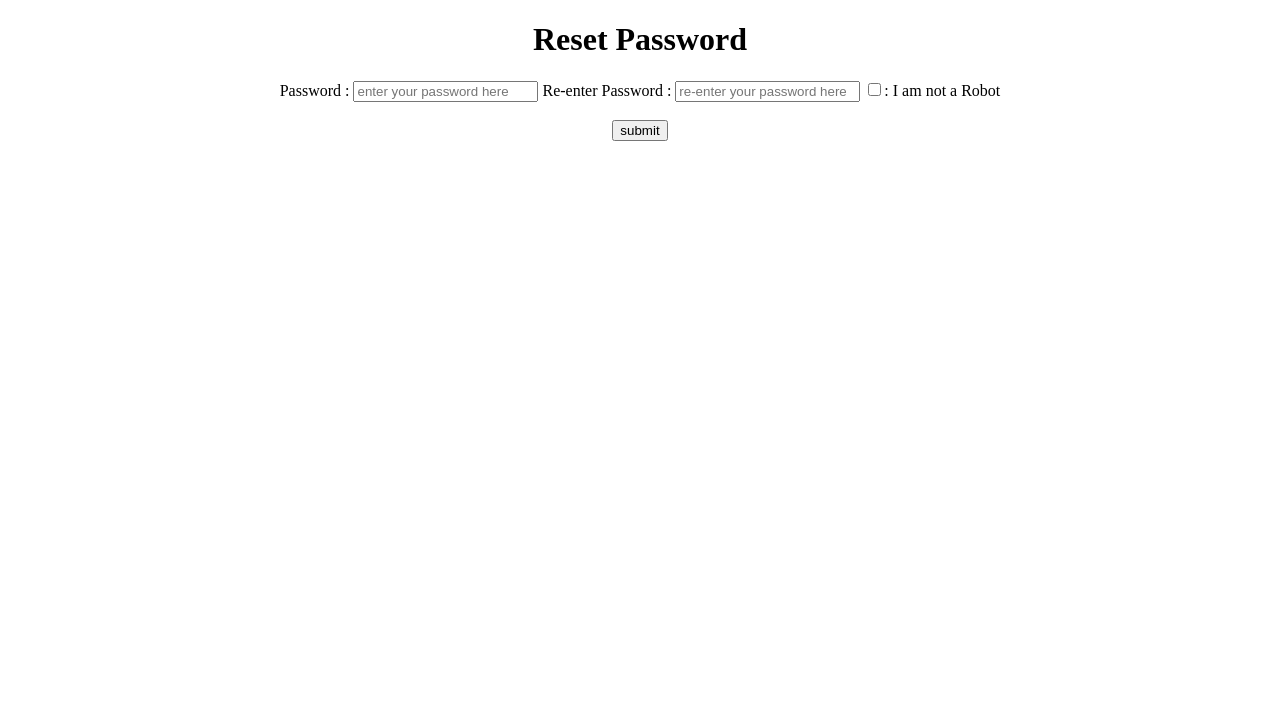
Repository: amila1998/OOP-Group-Assignment-1st-Year-2nd-Semester
Page: http://localhost/OMT/resetPassword.jsp
The author's editor kept a copy of each file at every save. The page is drawn from the files as they stood at one save, then again after the next save.
The browser window is 1280 px wide. The pictures show the whole page.
Some web fonts or font styles are not loaded; a fallback is used. The page is served by Tomcat 9. Nobody is signed in. The application's start-up code is not run.

Above is the page before, as saved 2021-05-23 13:38:56.

After the next save:
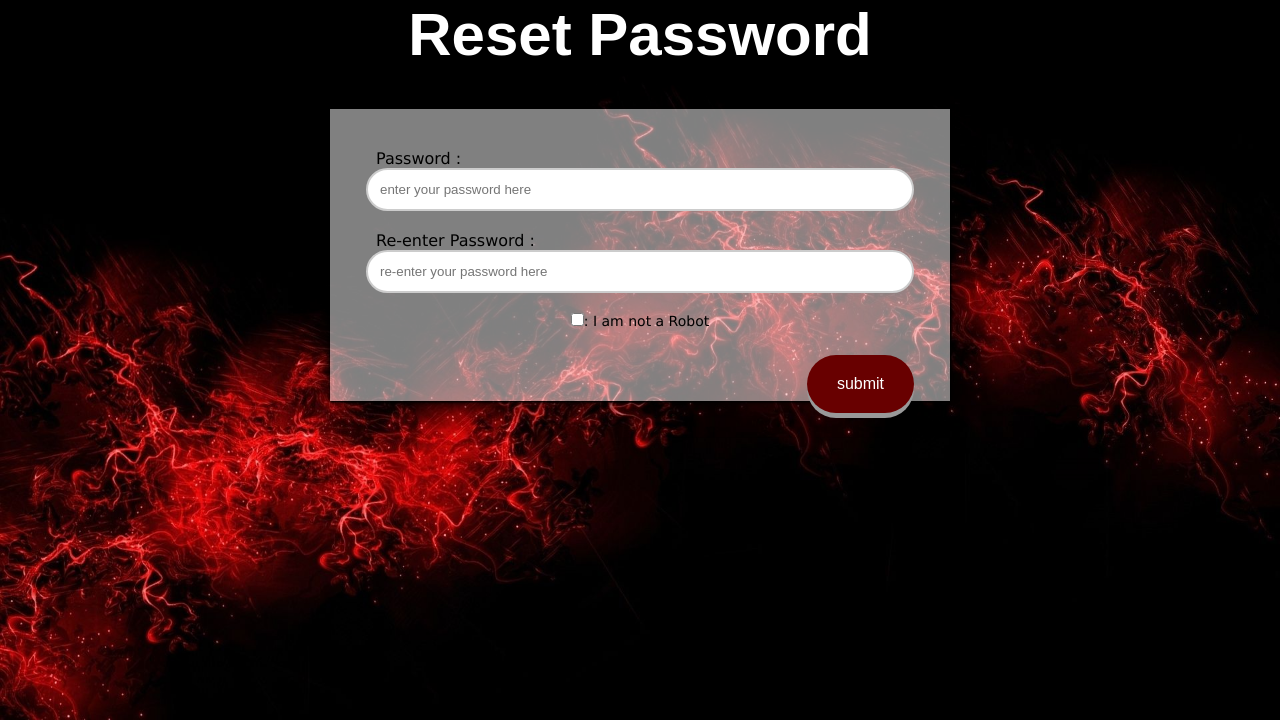
Saved 32 s later.
--- a/OMT/WebContent/resetPassword.jsp
+++ b/OMT/WebContent/resetPassword.jsp
@@ -4,6 +4,8 @@
 <html>
 <head>
 <meta charset="ISO-8859-1">
+<link rel="stylesheet" type="text/css" href="styles/Default.css">
+<link rel="stylesheet" type="text/css" href="styles/resetpassword.css">
 <title>Reset Password</title>
 </head>
 <body>
